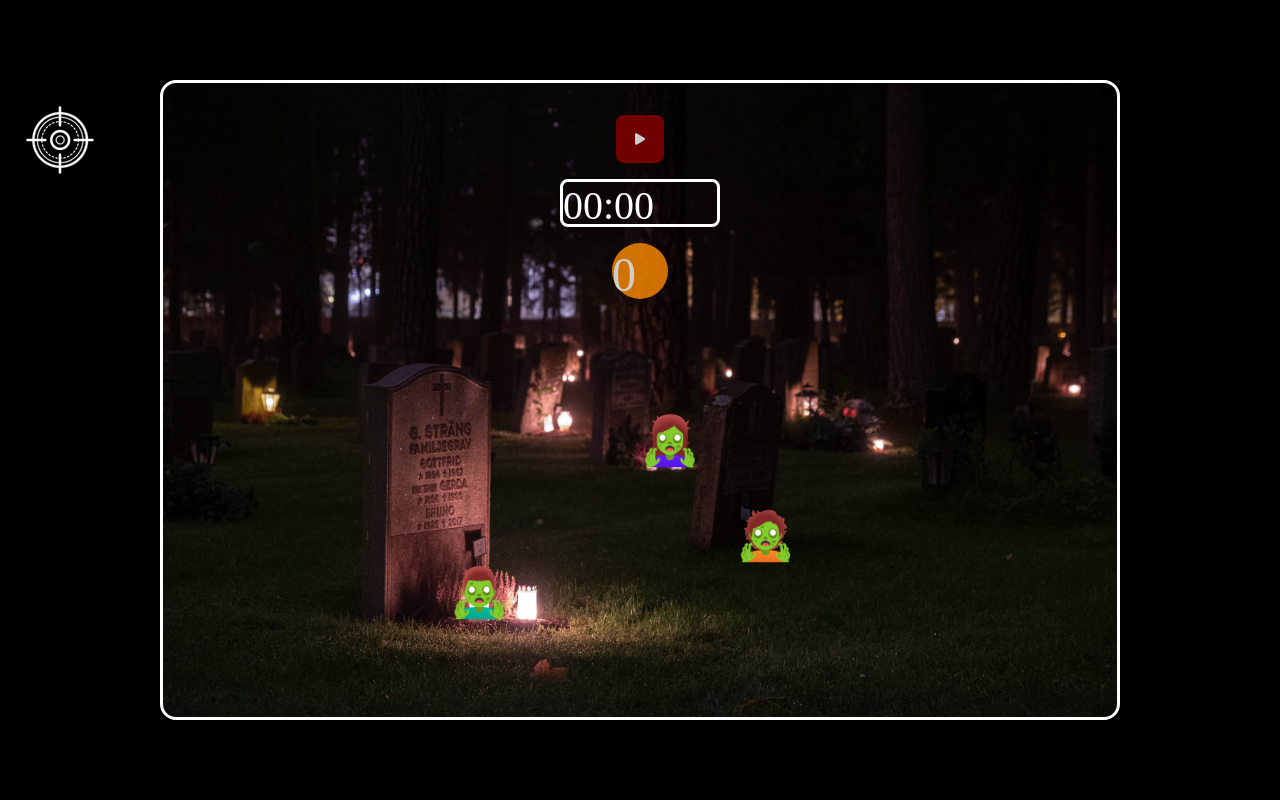
Repository: MrJinkyu/ZombieGame
Page: index.html
These files come from the project's save history. The page is drawn as it stood at one moment and after the next save; the edit follows.
The browser window is 1280 px wide. The pictures show the whole page.
Some web libraries are served in a nearby version.

Above is the page before, as saved 2023-04-08 23:32:29.

### index.html
<!DOCTYPE html>
<html lang="en">
<head>
    <meta charset="UTF-8">
    <meta http-equiv="X-UA-Compatible" content="IE=edge">
    <meta name="viewport" content="width=device-width, initial-scale=1.0">
    <title>Zombie Game</title>
    <link rel="stylesheet" href="style.css">
    <script src="main.js" defer></script>
    <script src="https://kit.fontawesome.com/83424fe51a.js" crossorigin="anonymous"></script>
</head>
<body>
    <img src="img/target.png" alt="target" class="game__target">
    <section class="game">
        <haeder class="game__header">
            <button class="game__btn">
                <i class="fa-sharp fas fa-play"></i>
            </button>
            <span class="game__timer">00:00</span>
            <span class="game__score">0</span>
        </haeder>
        <section class="game__field">
            <span id="zombie1" class="zombie">🧟‍♂️</span>
            <span id="zombie2" class="zombie">🧟</span>
            <span id="zombie3" class="zombie">🧟‍♀️</span>
        </section>
    </section>
    <section class="pop-up">
        <button class="pop-up__refresh">
            <i class="fa fa-rotate-right"></i>
        </button>
        <div class="pop-up__message">Replay❓</div>
    </section>
</body>
</html>

### style.css
*{
    box-sizing: border-box;
    margin: 0;
    padding: 0;
}

body{
    background-color: black;
}

.game{
    background: url('img/background.jpg') center/cover;
    margin: 5rem auto;
    width: 60rem;
    height: 40rem;
    border: 0.2rem solid white;
    border-radius: 1rem;
}

.game__target{
    position: absolute;
}

.game__header{
    display: flex;
    flex-direction: column;
    align-items: center;
    height: 40%;
}

.game__btn{
    margin-top: 2rem;
    width: 3rem;
    height: 3rem;
    background-color: darkred;
    color: white;
    border: none;
    border-radius: 0.5rem;
    outline: none;
    opacity: 0.8;
    transition: all 200ms ease-in;
}

.game__btn:hover{
    transform: scale(1.1);
    opacity: 1;
}

.game__timer{
    margin-top: 1rem;
    width: 10rem;
    height: 3rem;
    border-radius: 0.5rem;
    border: 3px solid white;
    color: white;
    line-height: 3rem;
    font-size: 2.5rem;
    cursor: auto;
    user-select: none;
}

.game__score{
    margin-top: 1rem;
    width: 3.5rem;
    height: 3.5rem;
    font-size: 3rem;
    line-height: 4rem;
    border-radius: 50%;
    background-color: darkorange;
    color: white;
    cursor: auto;
    user-select: none;
    opacity: 0.8;
}

.game__field{
    width: 100%;
    height: 60%;
    position: relative;
}

.zombie{
    position: absolute;
    font-size: 3rem;
}

#zombie1{
    top: 60%;
    left: 30%;
}

#zombie2{
    top: 45%;
    left: 60%;
}

#zombie3{
    top: 20%;
    left: 50%;
}

.pop-up{
    width: 25rem;
    height: 10rem;
    background-color: #00000090;
    text-align: center;
    margin: 0 auto;
    transform: translateY(-20rem);
    display: none;
}

.pop-up.vidible{
    display: block;
}

.pop-up__refresh{
    width: 3rem;
    height: 3rem;
    margin-top: 2rem;
    background-color: white;
    color: darkorange;
    border-radius: 50%;
    border: 2px solid darkorange;
    font-size: 1.5rem;
    transition: all 200ms ease-in;
}

.pop-up__refresh:hover{
    transform: rotate(360deg);
}

.pop-up__message{
    margin-top: 0.5rem;
    color: red;
    font-size: 2rem;
}

### main.js
'use strict';

const target = document.querySelector('.game__target');
const game = document.querySelector('.game');

window.addEventListener('load',()=>{
    const targetRect = target.getBoundingClientRect();
    game.addEventListener('mousemove',(e)=>{
        target.style.transform = `translate(${e.clientX-targetRect.width/2}px,${e.clientY-targetRect.height/2}px)`;
    });
});

After the next save:
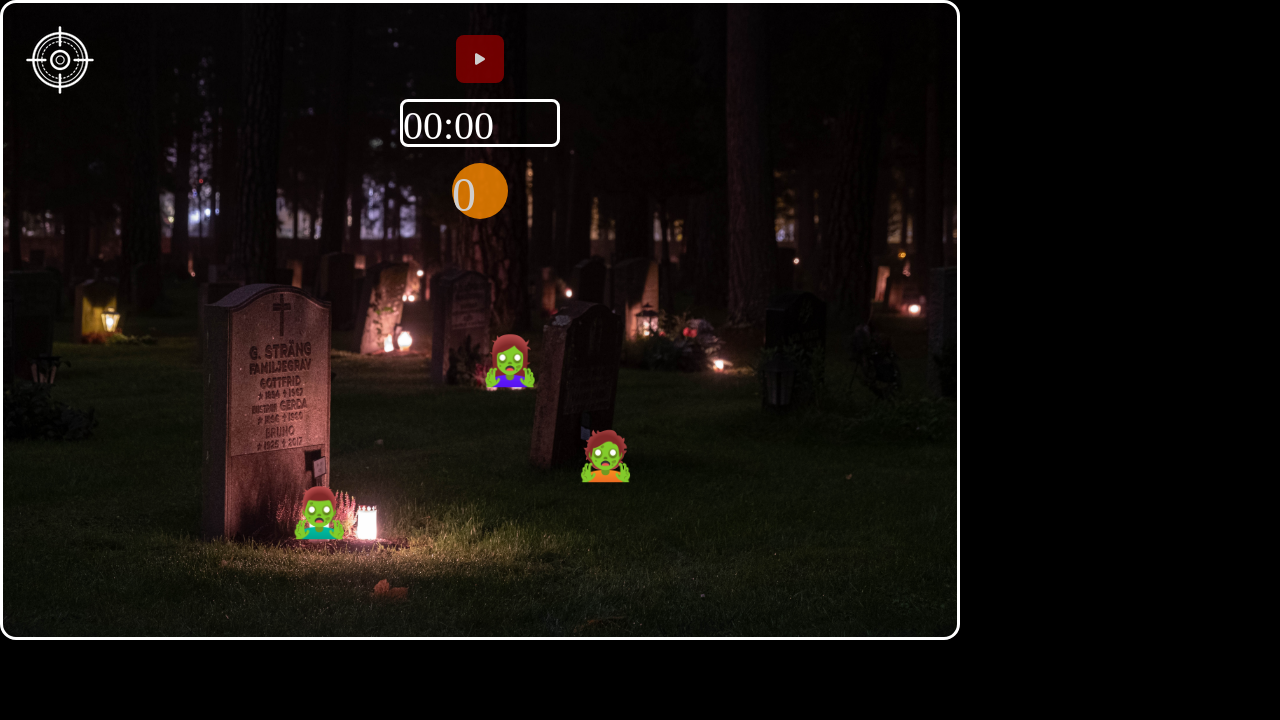
Saved 49 s later.
--- a/style.css
+++ b/style.css
@@ -10,7 +10,7 @@
 
 .game{
     background: url('img/background.jpg') center/cover;
-    margin: 5rem auto;
+    /* margin: 5rem auto; */
     width: 60rem;
     height: 40rem;
     border: 0.2rem solid white;

After the save that followed:
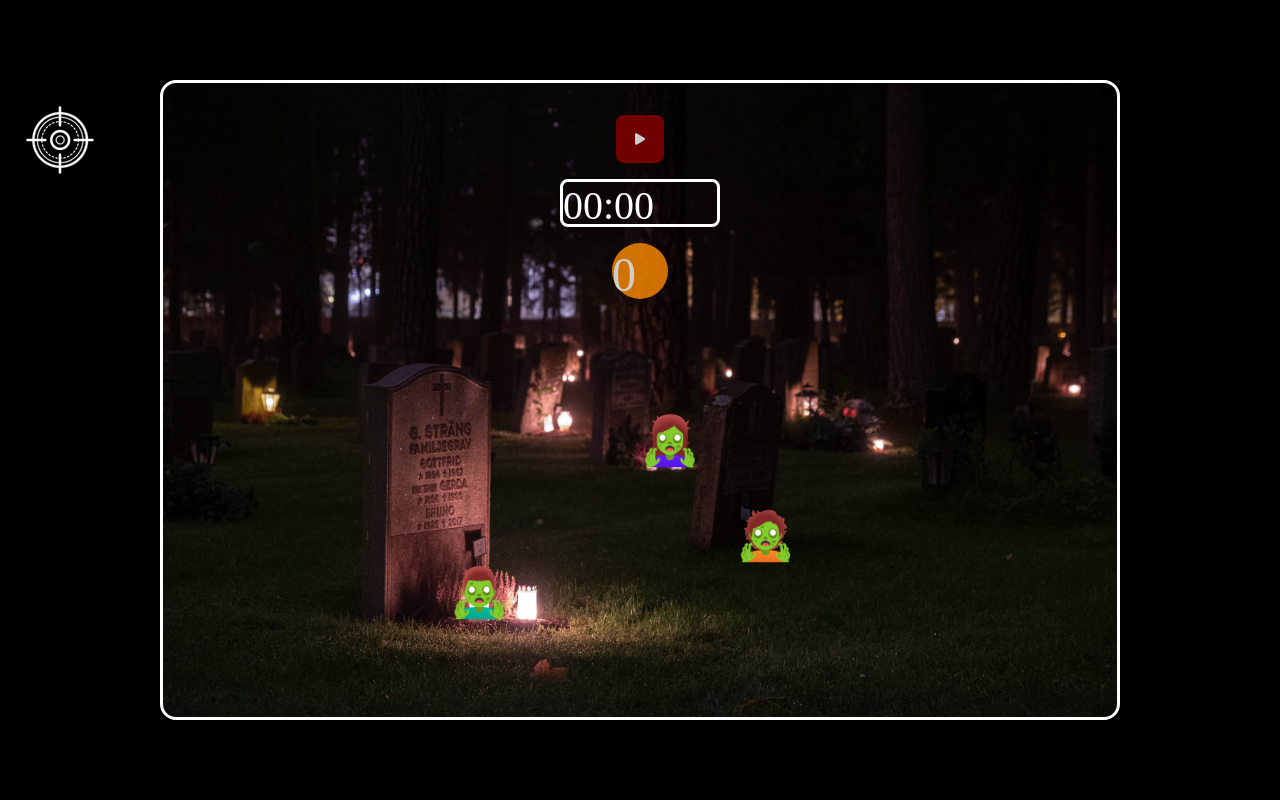
Saved 12 s later.
--- a/style.css
+++ b/style.css
@@ -10,7 +10,7 @@
 
 .game{
     background: url('img/background.jpg') center/cover;
-    /* margin: 5rem auto; */
+    margin: 5rem auto;
     width: 60rem;
     height: 40rem;
     border: 0.2rem solid white;
@@ -19,6 +19,7 @@
 
 .game__target{
     position: absolute;
+    margin: 0;
 }
 
 .game__header{
